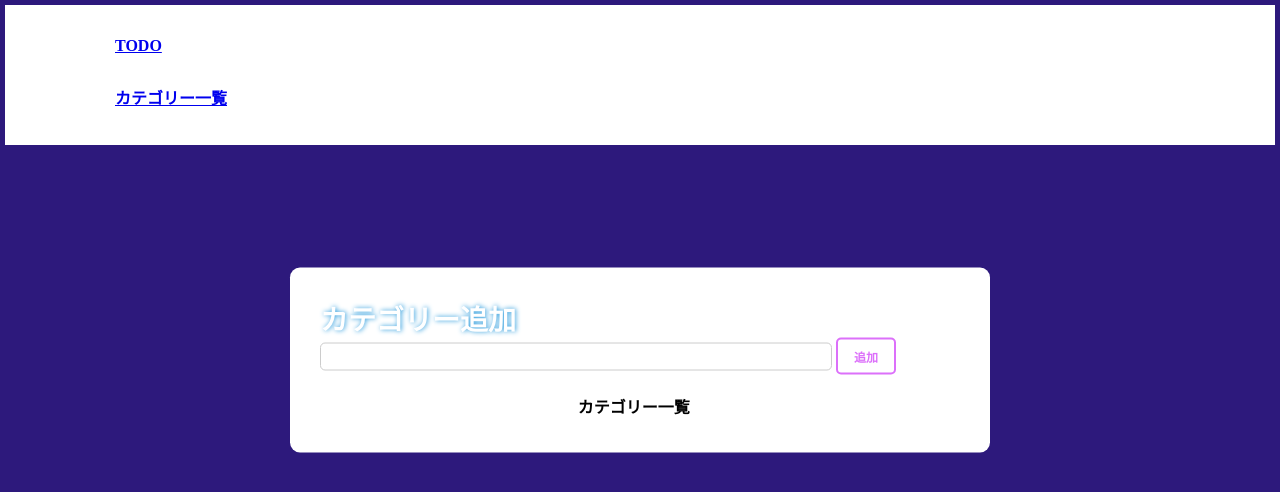
Repository: azuma2/cate
Page: http://localhost/cate
An editor plug-in stored every save of this project. The page is shown before and after a run of saves, followed by the edit.
The browser window is 1280 px wide. The pictures show the whole page.
The page is served by the project's Laravel application, run on PHP 8.4 with Laravel 8. Other server files are loaded and not shown. Queries for data that is not in the repository find no rows.

Above is the page before, as saved 2022-05-17 04:36:36.

### routes/web.php
<?php

use Illuminate\Support\Facades\Route;
use App\Http\Controllers\TodoController;
use App\Http\Controllers\CateController;


Route::get('/', [TodoController::class, 'index']);
Route::get('/cate', [CateController::class, 'index']);
Route::post('/todo/create', [TodoController::class, 'create']);
Route::post('/todo/update', [TodoController::class, 'update']);
Route::post('/todo/delete', [TodoController::class, 'remove']);
Route::post('/todo/search', [TodoController::class, 'search']);
Route::post('/cate/create', [CateController::class, 'create']);
Route::post('/cate/update', [CateController::class, 'update']);
Route::post('/cate/delete', [CateController::class, 'remove']);
Route::post('/cate/search', [CateController::class, 'search']);

### app/Http/Controllers/CateController.php
<?php

namespace App\Http\Controllers;

use App\Models\Todo;
use App\Models\Cate;
use Illuminate\Http\Request;
use Illuminate\Support\Facades\DB;

class CateController extends Controller
{
    public function index()
    {
        $this->cate = new Cate();
        $items = Cate::all();
        $items = DB::select('select * from cates');
        return view('cate', ['items' => $items]);
    }

    public function create(Request $request)
    {
        $param = ['content' => $request->content,];
        $this->validate($request, Cate::$rules);
        DB::insert('insert into cates (content) values (:content)', $param);
        return view('cate.create', compact('cates'));
    }

    public function update(Request $request)
    {
         $param = [
            'id' => $request->id,
            'content' => $request->content,
        ];
        $cates = $this->cate->get();
        $this->validate($request, Cate::$rules);
        DB::update('update cates set content =:content where id =:id', $param);
        return redirect('/');
    }

    public function remove(Request $request)
    {
        $param = ['id' => $request->id];
        DB::delete('delete from cates where id =:id', $param);
        return redirect('/');
    }

}

### app/Models/cate.php
<?php


namespace App\Models;

use Illuminate\Database\Eloquent\Factories\HasFactory;
use Illuminate\Database\Eloquent\Model;
use App\Models\Todo;

class Cate extends Model
{
    use HasFactory;

    protected $fillable = ['content'];

    public static $rules = array(
        'content' => 'required|max:10',
    );

    public function todo(){
        return $this->belongsTo('App\Models\todo');
    }


}

### resources/views/cate.blade.php
<style>
    body {
      font-size:16px;
      margin: 5px;
      background-color: #2d197c;
    }


header{
  padding-right:50px;
  padding-left:50px;
  padding-top:20px;
  position: sticky;
  left: 0;
  top: 0;
  background: #fff;
}
.head {
  justify-content: space-between;
  display: flex;
  font-weight: bolder;
  position: sticky;
  bottom: 0;
}

.head1{
  padding: 10px;
  margin: 10px;
}

.head2{
  padding: 10px;
  margin: 10px;
}

ul{
  list-style: none;
  margin-top: -8px;
}

    td {
      padding: 5px 10px;
      text-align: center;
    }

    .narabe{
      display:flex;
      flex-flow: column;
    }

    .button {
    text-align: left;
    border: 2px solid #dc70fa;
    font-size: 12px;
    color: #dc70fa;
    background-color: #fff;
    font-weight: bold;
    padding: 8px 16px;
    border-radius: 5px;
    cursor: pointer;
    transition: 0.4s;
    outline: none;
}
.input-add {
    width: 80%;
    padding: 5px;
    border-radius: 5px;
    border: 1px solid #ccc;
    appearance: none;
    font-size: 14px;
    outline: none;
}
.input-update {
    width: 90%;
    padding: 5px;
    border-radius: 5px;
    border: 1px solid #ccc;
    appearance: none;
    font-size: 14px;
    outline: none;
}
    .card {
    background-color: #fff;
    width: 50vw;
    padding: 30px;
    position: absolute;
    top: 50%;
    left: 50%;
    transform: translate(-50%, -50%);
    border-radius: 10px;
}
    h2 {
      font-size:28px;
      color:white;
      text-shadow:1px 0 5px #289ADC;
      margin-left: 1px;
      margin: 0;
    }
    .content {
      margin:10px;
    }
</style>
<body>
  <header>
    <div class="head">
      <ul>
        <li class="head1"><a href="{{ url('/') }}">TODO</a></li>
        <li class="head2"><a href="{{ url('/cate') }}">カテゴリー一覧</a></li>
      </ul>
    </div>
  </header>
  <div class="container">
    <div class="card">
      <h2 class="title">カテゴリー追加</h2>
            <div class="todo">
              @if ($errors->has('content'))
                  <tr>
                    <th>ERROR</th>
                  <td>
                  {{$errors->first('content')}}
                </td>
            </tr>
          @endif
        <form action="/cate/create" method="post">
            @csrf
          <input type="text" class="input-add" name="content">
          <input class="button" type="submit" value="追加" />
        </form>
          <div class="narabe">
        <table>
            @csrf
          <tr>
            <th></th>
            <th>カテゴリー一覧</th>
            <th></th>
            <th></th>
          </tr>

                    <tr>
            @foreach ($items as $item)

            <td>

            </td>

            <form action="/cate/update" method="post">
              @csrf
              <td>
                <input type="text" class="input-update" value="{{$item->content}}" name="content" />
              </td>
              <td>
                <input type="hidden"  name="id" value="{{$item->id}}">
                <input class="button" type="submit" value="更新" >
              </td>
            </form>
            <td>
              <form action="/cate/delete" method="post" >
                    @csrf
                <input  type="hidden" name="id" value="{{$item->id}}" >
                <input class="button" type="submit" value="削除" >
              </form>
            </td>
            </div>
          </tr>
          @endforeach
        </table>
      </div>
    </div>
  </div>
  </div>

</body>
</html>

Loaded but not shown: app/Http/Controllers/Controller.php (common file)

After the next 2 saves:
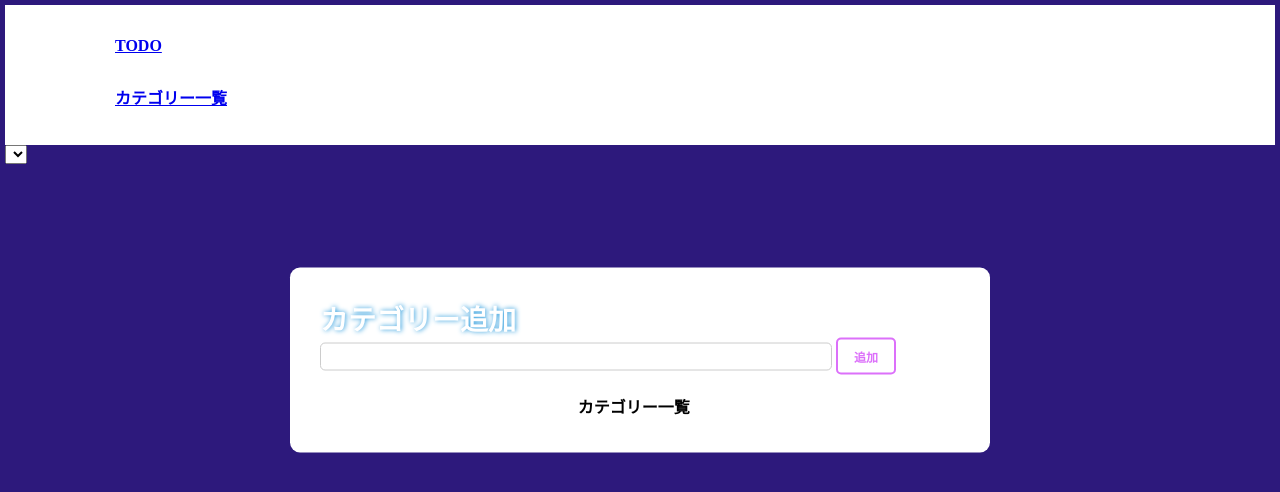
The 2 saves are shown as one change because they came seconds apart.
The last was saved 99 s later.
--- a/resources/views/cate.blade.php
+++ b/resources/views/cate.blade.php
@@ -109,6 +109,20 @@ ul{
       </ul>
     </div>
   </header>
+
+          <!--  カテゴリープルダウン -->
+      <div class="form-group">
+        <select class="form-control" id="cate_id" name="cate_id">
+            @foreach ($items as $cate)
+                <option value="{{ $cate->cate_id }}">{{ $cate->content }}</option>
+            @endforeach
+        </select>
+      </div>
+
+
+
+
+
   <div class="container">
     <div class="card">
       <h2 class="title">カテゴリー追加</h2>
